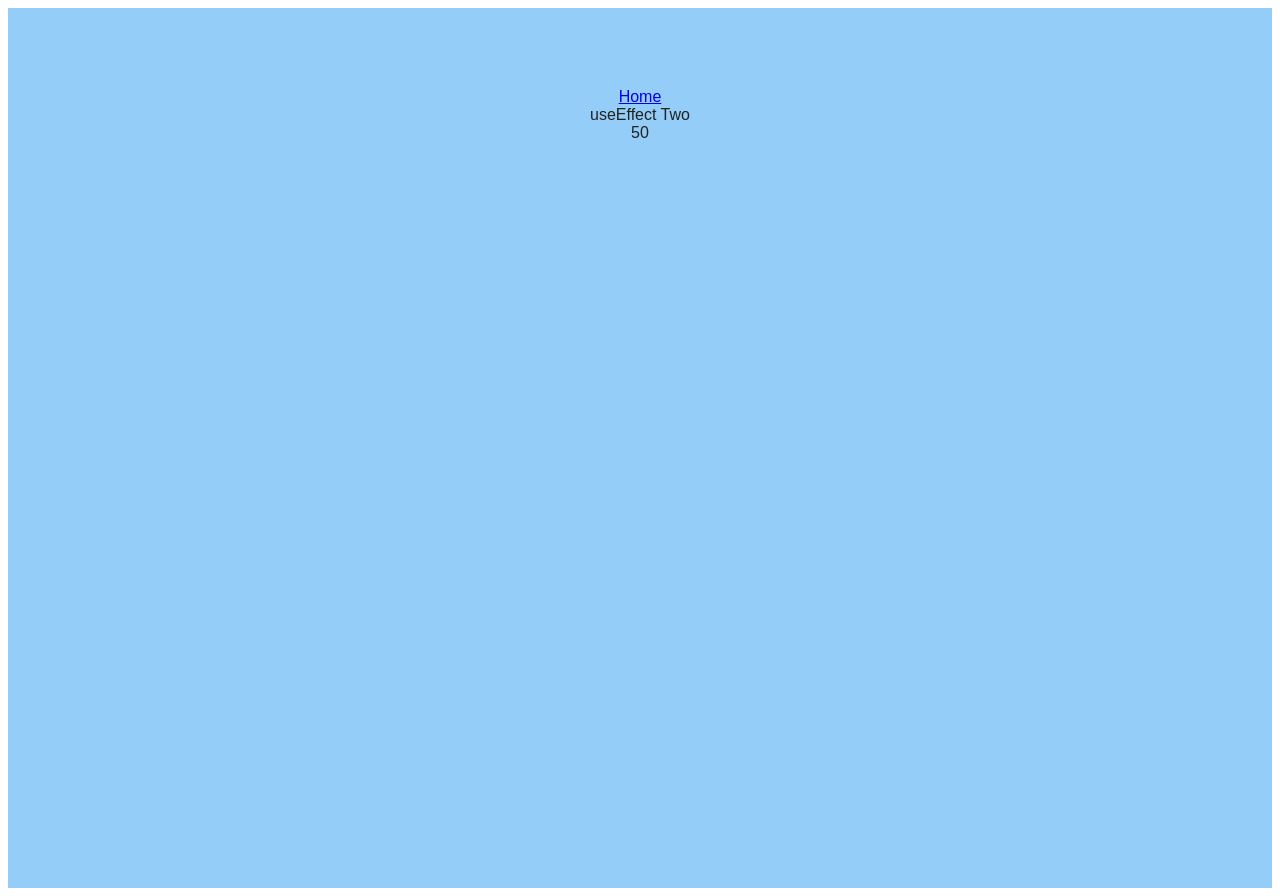
Repository: giovanabirck/class8
Page: /useEffectTwo
These files come from the project's save history. The page is drawn as it stood at one moment and after a run of saves; the edit follows.
The browser window is 1280 px wide. The pictures show the whole page.
The project was rebuilt for these pictures with package versions that can differ from the ones it lists, and the page was loaded fresh each time. The framework's server and built-in components were replaced by stand-ins that run in the browser. Also part of the build but not shown: next.config.js.

Above is the page before, as saved 2023-02-23 18:10:01.

After the next 3 saves:
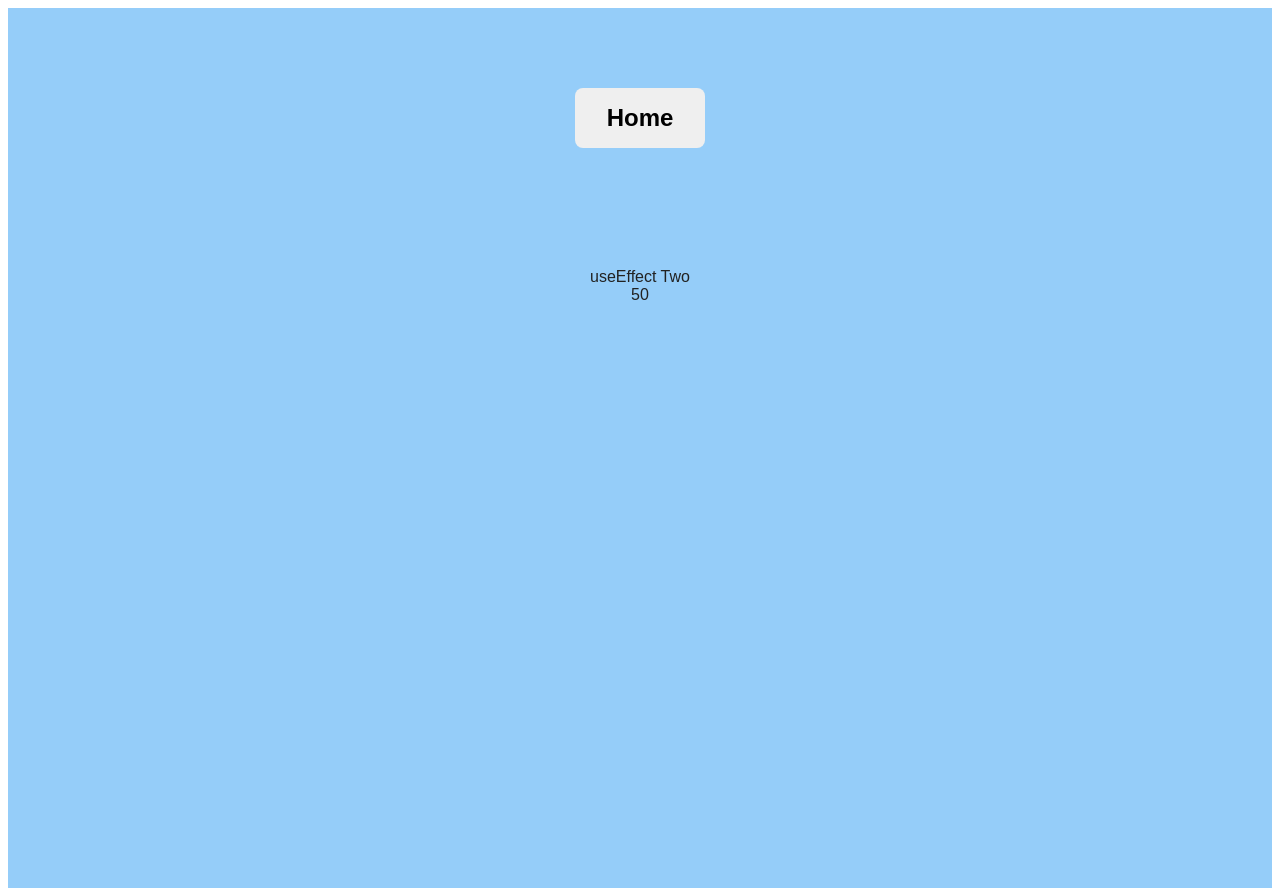
The 3 saves are shown as one change because they came seconds apart.
The last was saved 24 s later.
--- a/pages/useEffectTwo.js
+++ b/pages/useEffectTwo.js
@@ -16,7 +16,12 @@ export default function useEffectTwo() {
         <>
             <main className={styles.main}>
 
-                <Link href="/">Home</Link>
+                <div className={styles.top_back}>
+                    <Link href="/">
+                        <button className={styles.btn}>Home</button>
+                    </Link>
+                </div>
+
                 <div>
                     useEffect Two
                 </div>
